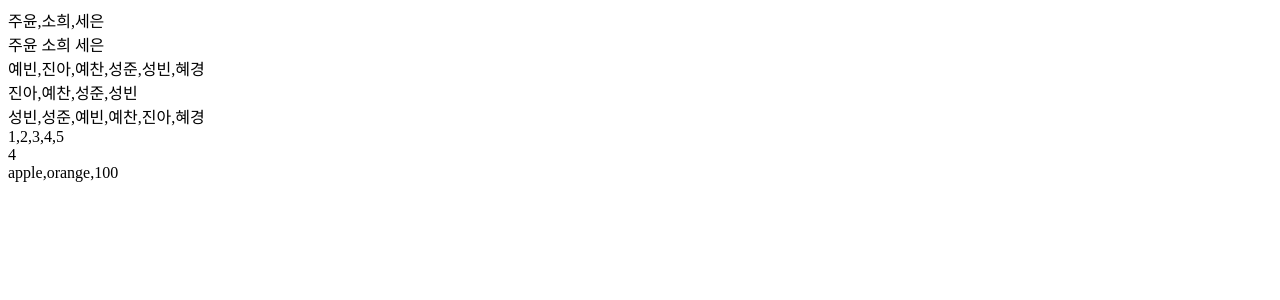
Repository: ssohee98/Web-Study
Page: JS/WebContent/inner/i_exam01.html
The author's editor kept a copy of each file at every save. The page is drawn from the files as they stood at one save, then again after the next save.
The browser window is 1280 px wide. The pictures show the whole page.

Above is the page before, as saved 2023-02-22 01:11:49.

After the next save:
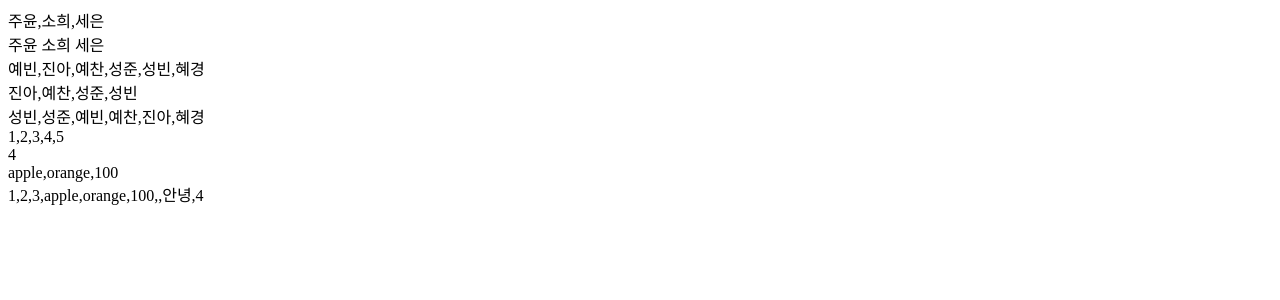
Saved 2 min 28 s later.
--- a/JS/WebContent/inner/i_exam01.html
+++ b/JS/WebContent/inner/i_exam01.html
@@ -54,8 +54,12 @@
 	//...pre => spered operator : 배열복사
 	let arr9 = ['apple', 'orange', 100];
 	let arr10 = [...arr9];
-	document.write(arr10.toString()+"<br>");
+	document.write(arr10.toString()+"<br>");	//apple,orange,100
 
+
+	let arr11 = ['apple', 'orange', 100, null, '안녕'];
+	let arr12 = [1,2,3, ...arr11 ,4];	//arr12의 4번째에 arr11 배열 복사
+	document.write(arr12.toString()+"<br>");
 
 
 
